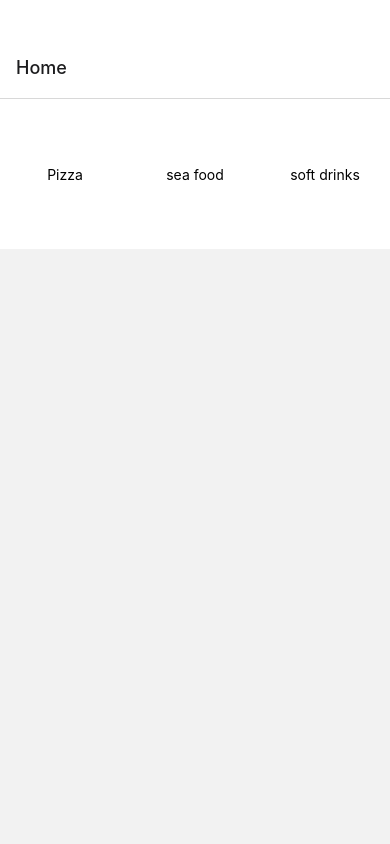
Repository: Esraa22M/ReactNative
Screen: /
These files come from the project's save history. The screen is drawn as it stood at one moment and after the next save; the edit follows.
The app was drawn by React Native's web renderer in a window 390 px wide. The project was rebuilt for these pictures with package versions that can differ from the ones it lists, and the page was loaded fresh each time. Also part of the build but not shown: src/components/header/header.component.js, src/colors/front-screen-colors/user-auth-colors.js, src/components/header/header.styles.js, src/components/textInput/textInput.styles.js, src/components/textInput/textInput.components.jsx, src/components/singup-form-body/singup-form-body.components.js, src/screens/front-screen/Singup/singup-screen.screens.jsx, src/authentication/api/login-info.js and 2 more.

Above is the screen before, as saved 2023-09-21 00:36:18.

### App.js
import { SafeAreaView } from "react-native";
import { singupStyles } from "./src/screens/front-screen/Singup/singup-screen.styles";
import { Singup } from "./src/screens/front-screen/Singup/singup-screen.screens";
import UserCard from "./src/screens/front-screen/user-card/user-card.screens";
import { NavigationContainer } from "@react-navigation/native";
import { createStackNavigator } from "@react-navigation/stack";
import { Home } from "./src/screens/front-screen/home/home.screens";
const Stack = createStackNavigator();
export default function App() {
  return (
    <SafeAreaView style={singupStyles.container}>
      {/* <UserCard /> */}
      <NavigationContainer>
        <Stack.Navigator>
          <Stack.Screen name="Home" component={Home} />
        </Stack.Navigator>
      </NavigationContainer>
    </SafeAreaView>
  );
}

### src/screens/front-screen/Singup/singup-screen.styles.jsx
import { StyleSheet } from "react-native";
export const singupStyles = StyleSheet.create({
  container: { flex: 1, marginTop: 35 },
});

### src/screens/front-screen/home/home.screens.js
import { View, Text } from "react-native";
import { Categories } from "../../../components/categories/categories.components";
export const Home = () => {
  return (
    <>
      <Categories />
    </>
  );
};

### src/components/categories/categories.components.js
import { categories } from "../../data/dummay__data";
import { FlatList } from "react-native";
import { CategoryItem } from "./category-item.components";
export const Categories = () => {
  function renderCategoryItem(itemData) {
    return <CategoryItem item={itemData.item} />;
  }
  return (
    <FlatList
      numColumns={3}
      data={categories}
      renderItem={renderCategoryItem}
      keyExtractor={(item) => item.id}
    />
  );
};

### src/data/dummay__data.js
import { Category } from "../modal/category.modals";
export const categories = [
  new Category(
    "1pizza",
    "Pizza",
    "https://img.freepik.com/free-vector/flying-slice-pizza-cartoon-vector-illustration-fast-food-concept-isolated-vector-flat-cartoon-style_138676-1934.jpg?w=740&t=st=1695067102~exp=1695067702~hmac=7d47136b0dff2be87480dc1a22a28658daa67f706d90b59d117303a312dc6c16"
  ),
  new Category(
    "sea_food2",
    "sea food",
    "https://img.freepik.com/free-vector/seafood-products-set_98292-1624.jpg?w=740&t=st=1695067277~exp=1695067877~hmac=62082bdd900b5c830349f2bb8f3cd3466fcfb5395c4f24459194aeaeb256cb2c"
  ),
  new Category(
    "3softDrinks",
    "soft drinks",
    "https://img.freepik.com/free-vector/soda-cups-drink_24877-57922.jpg?w=740&t=st=1695067422~exp=1695068022~hmac=60b80d144880f8a8413a85c867ecfc35a38170c71354acfc84aa5b82ae30d594"
  ),
];

### src/components/categories/category-item.components.js
import { View, Text, Image, StyleSheet } from "react-native";
import { HomeColors } from "../../colors/front-screen-colors/home-colors";
export const CategoryItem = ({ item }) => {
  const { name, image } = item;
  console.log(item);
  return (
    <View style={styles.container}>
      <Image />
      <Text>{name}</Text>
    </View>
  );
};
const styles = StyleSheet.create({
  container: {
    flex: 1,
    height: 150,
    justifyContent: "center",
    backgroundColor: HomeColors.LIGHT_COLOR,
    alignItems: "center",
    shadowColor: "black",
    shadowOpacity: 0.25,

    elevation: 4,
  },
});

### src/modal/category.modals.js
export class Category {
  constructor(id, name, image) {
    this.id = id;
    this.name = name;
    this.image = image;
  }
}

### src/colors/front-screen-colors/home-colors.js
export const HomeColors = { LIGHT_COLOR: "white", ACTIVE_COLOR: "#FFBF00" };

After the next save:
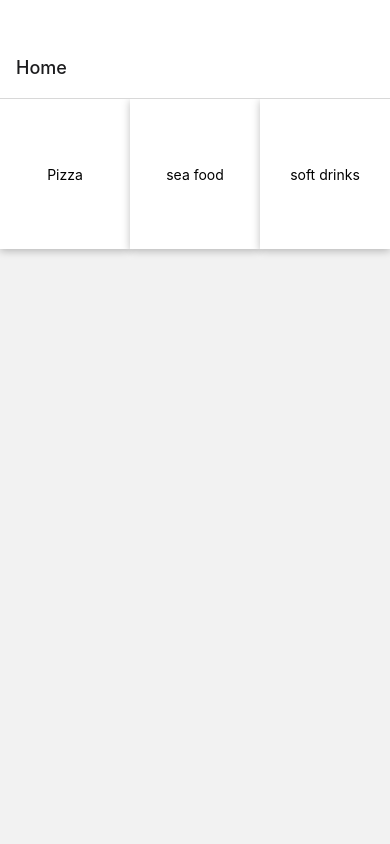
Saved 20 s later.
--- a/src/components/categories/category-item.components.js
+++ b/src/components/categories/category-item.components.js
@@ -19,6 +19,8 @@ const styles = StyleSheet.create({
     alignItems: "center",
     shadowColor: "black",
     shadowOpacity: 0.25,
+    shadowOffset: { width: 0, height: 2 },
+    shadowRadius: 8,
 
     elevation: 4,
   },
